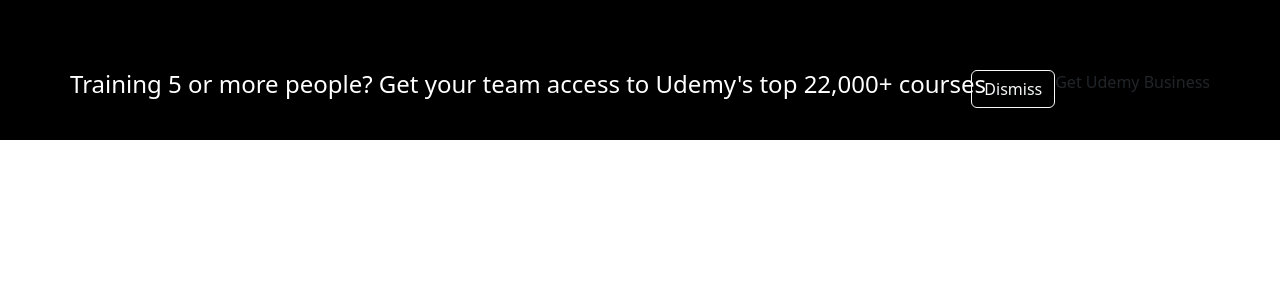
Repository: Taniafdes/newProject
Page: /division/division
An editor plug-in stored every save of this project. The page is shown before and after the next save, followed by the edit.
The browser window is 1280 px wide. The pictures show the whole page.
The project was rebuilt for these pictures with package versions that can differ from the ones it lists, and the page was loaded fresh each time. The framework's server and built-in components were replaced by stand-ins that run in the browser. Also part of the build but not shown: next.config.js.

Above is the page before, as saved 2023-06-15 16:27:47.

After the next save:
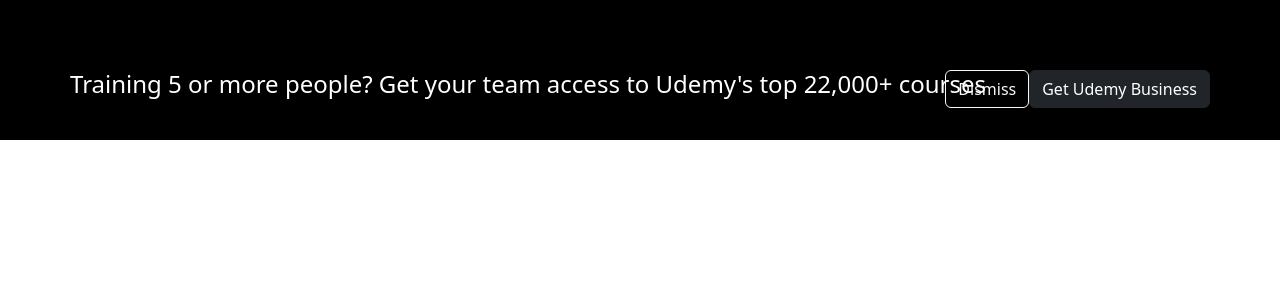
Saved 5 s later.
--- a/pages/division/division.js
+++ b/pages/division/division.js
@@ -7,7 +7,7 @@
     <div>
     <div style={{backgroundColor: 'black', padding: '70px'}}>
     <h4 style={{width: '150px', whiteSpace: 'nowrap', float: 'left', color: 'white'}}>Training 5 or more people? Get your team access to Udemy's top 22,000+ courses</h4>
-    <butt variant="dark" style={{float: "right"}}>Get Udemy Business</butt>
+    <Button variant="dark" style={{float: "right"}}>Get Udemy Business</Button>
     <Button className='mr-3' variant="outline-light" style={{float: "right"}}>Dismiss</Button>
     </div>
     </div>
